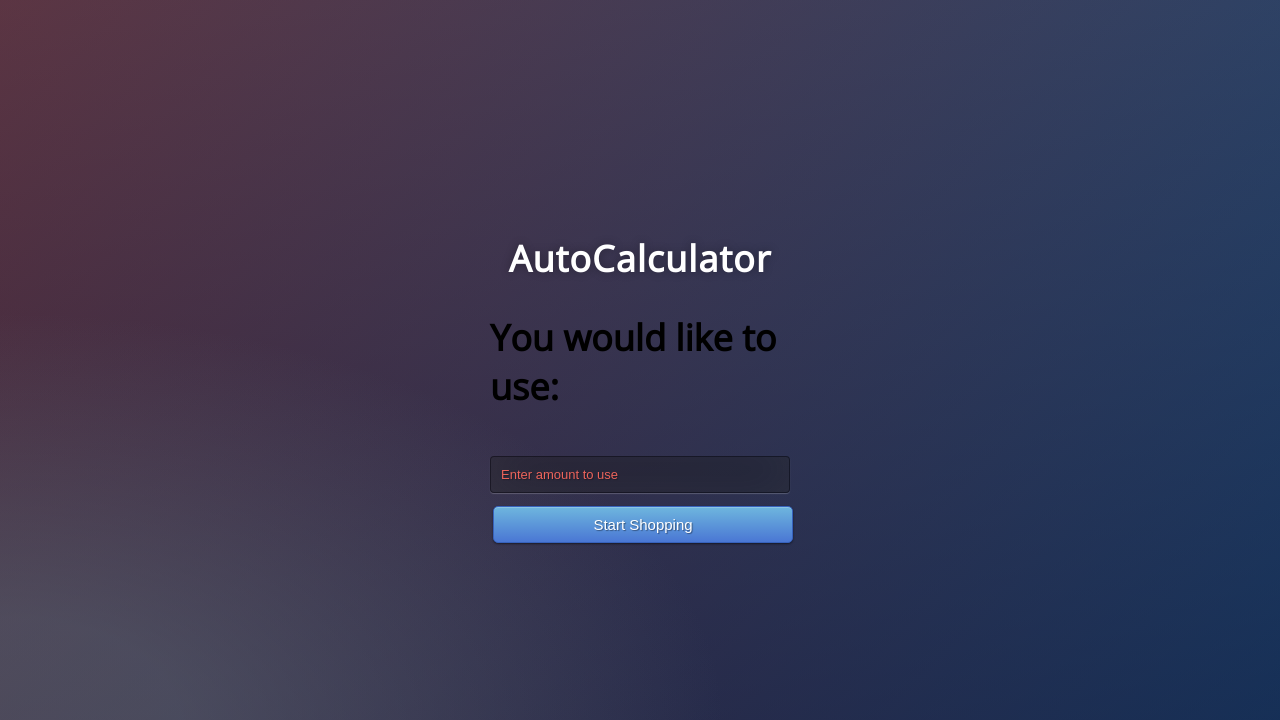
Repository: 365dayschallenge/Vic-17
Page: /
These files come from the project's save history. The page is drawn as it stood at one moment and after the next save; the edit follows.
The browser window is 1280 px wide. The pictures show the whole page.
The project was rebuilt for these pictures with package versions that can differ from the ones it lists, and the page was loaded fresh each time. Also part of the build but not shown: src/App.css, src/components/Shoppinglist.js.

Above is the page before, as saved 2022-01-17 20:11:31.

After the next save:
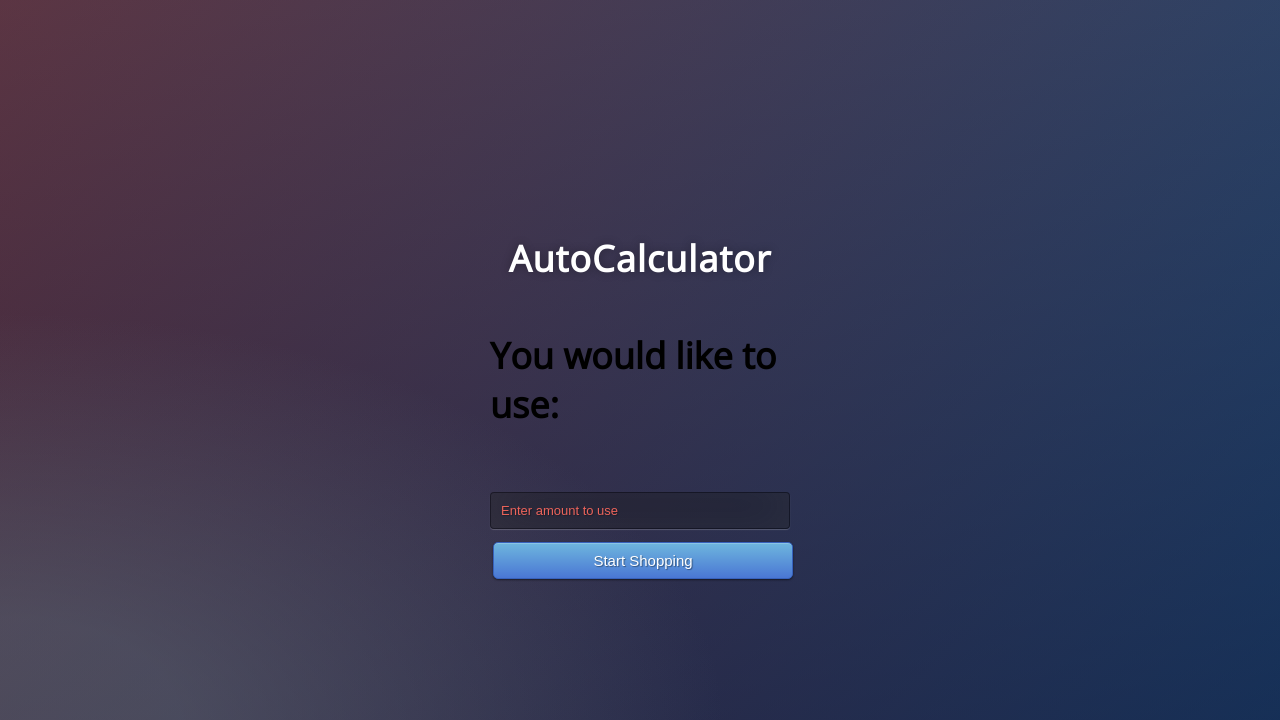
Saved 56 s later.
--- a/src/components/Calculator.js
+++ b/src/components/Calculator.js
@@ -17,7 +17,7 @@ function Calculator() {
       <div>
         <div className="login">
           <h1>AutoCalculator</h1>
-          <h2>You would like to use: {input}</h2>
+          <h4>You would like to use: {input}</h4>
           <form>
             <input
               type="text"
